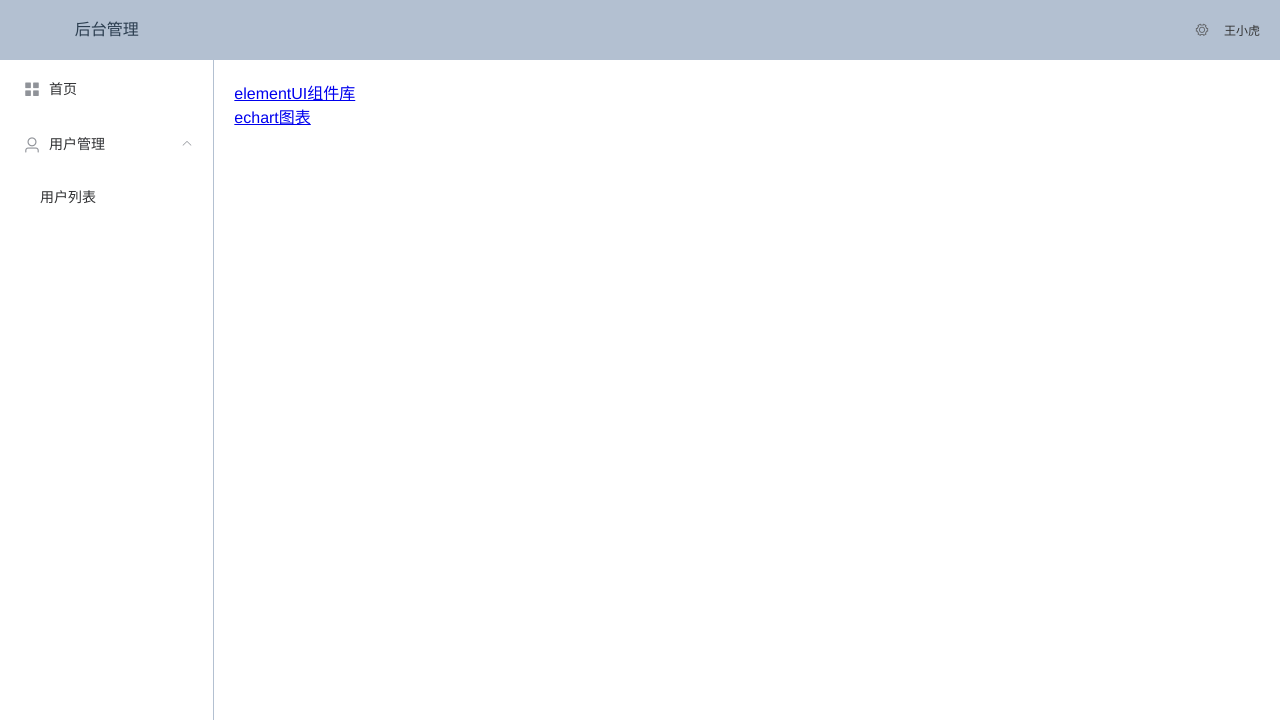
Repository: cmw520520/admin_vue
Page: /
These files come from the project's save history. The page is drawn as it stood at one moment and after the next save; the edit follows.
The browser window is 1280 px wide. The pictures show the whole page.
The project was rebuilt for these pictures with package versions that can differ from the ones it lists, and the page was loaded fresh each time. Also part of the build but not shown: src/page/user/UserList.vue, example/Echart.vue.

Above is the page before, as saved 2019-07-01 15:08:55.

### index.html
<!DOCTYPE html>
<html>
  <head>
    <meta charset="utf-8">
    <meta name="viewport" content="width=device-width,initial-scale=1.0">
    <title>cmw</title>
  </head>
  <body>
    <div id="app"></div>
    <!-- built files will be auto injected -->
  </body>
</html>

### src/App.vue
<template>
  <div id="app">
    <!-- <img src="./assets/logo.png"> -->
    <router-view/>
  </div>
</template>

<script>
export default {
  name: 'App'
}
</script>

<style>
#app {
  font-family: 'Avenir', Helvetica, Arial, sans-serif;
  -webkit-font-smoothing: antialiased;
  -moz-osx-font-smoothing: grayscale;
  text-align: center;
  color: #2c3e50;
  width: 100%;
  height: 100%;
  /* margin-top: 60px; */
}

body, html {
  margin: 0;
  padding: 0;
  height: 100%;
  width: 100%;
}
</style>

### src/router/index.js
import Vue from 'vue'
import Router from 'vue-router'
// import HelloWorld from '@/components/HelloWorld'
import Manage from '@/page/Manage'
import Home from '@/page/home/Home'
import UserList from '@/page/user/UserList'
import Echart from '../../example/Echart'

Vue.use(Router)

export default new Router({
  routes: [
    {
      path: '/',
      name: '',
      component: Manage,
      children: [
        {
          path: '',
          component: Home,
          meta: []
        },
        {
          path: '/user/userlist',
          component: UserList,
          meta: []
        },
        {
          path: '/example/echart',
          component: Echart,
          meta: ['图表']
        }
      ]
    }
  ]
})

### src/page/Manage.vue
<template>
  <el-container style="height: 100%;">
    <el-col :span="4" style="background-color: #ffffff;overflow:hidden;">
      <el-col>
        <div class="logo">后台管理</div>
      </el-col>
      <el-col>
        <el-slider></el-slider>
      </el-col>
    </el-col>

    <el-col :span="20" style="border-left: 1px solid #b3c0d1;overflow: auto;overflow-scrolling: touch;">
      <el-header style="text-align: right; font-size: 12px">
        <el-dropdown>
          <i class="el-icon-setting" style="margin-right: 15px"></i>
          <el-dropdown-menu slot="dropdown">
            <el-dropdown-item>查看</el-dropdown-item>
            <el-dropdown-item>新增</el-dropdown-item>
            <el-dropdown-item>删除</el-dropdown-item>
          </el-dropdown-menu>
        </el-dropdown>
        <span>王小虎</span>
      </el-header>

      <el-main>
        <transition name="fade" mode="out-in">
            <router-view></router-view>
        </transition>
      </el-main>
    </el-col>
  </el-container>
</template>

<script>
import slider from '@/components/Slider'

export default {
  name: 'manage',
  components: {
    'el-slider': slider
  }
}
</script>

<style scope>
.el-header {
  background-color: #b3c0d1;
  color: #333;
  line-height: 60px;
}

.el-aside {
  color: #333;
}

.fade-enter-active, .fade-leave-active {
    transition: opacity 0.5s, transform 0.5s;
}

.fade-enter, .fade-leave-to {
    opacity: 0;
}

/* 导航logo S */
.logo {
    height: 60px;
    line-height: 60px;
    background-color: #b3c0d1;
}
/* 导航logo E */
</style>

### src/page/home/Home.vue
<template>
    <el-row style="text-align: left;">
        <el-col>
            <a href="https://element.eleme.io/2.9/#/zh-CN/component/installation" target="_blank">elementUI组件库</a>
        </el-col>
        <el-col>
            <router-link to="/example/echart">echart图表</router-link>
        </el-col>
    </el-row>
</template>

<script>
export default {
  name: 'home'
}
</script>

<style scope>

</style>

### src/components/Slider.vue
<template>
  <el-menu :default-openeds="['1', '3']" style="border:none;text-align:left;" router>
    <label v-for="(item, index) in navMenu" :key="index">
      <el-menu-item v-if="item.isHeader" :index="item.component">
        <i :class=item.icon></i>
        <span slot="title">{{ item.name }}</span>
      </el-menu-item>

      <el-submenu v-else :index="String(index)">
        <template slot="title">
          <i :class=item.icon></i>{{ item.name }}
        </template>
        <el-menu-item v-for="(item2, index2) in item.children" :key="index2" :index="item2.component">{{ item2.name }}</el-menu-item>
      </el-submenu>
    </label>
  </el-menu>
</template>

<script>
export default {
  name: 'slider',
  data () {
    return {
      navMenu: [
        {
          isHeader: true,
          name: '首页',
          icon: 'el-icon-menu',
          component: '/'
        },
        {
          name: '用户管理',
          icon: 'el-icon-user',
          children: [
            {
              name: '用户列表',
              component: '/user/userlist'
            }
          ]
        }
      ]
    }
  }
}
</script>

<style>
</style>

Loaded but not shown: src/main.js (common file)

After the next save:
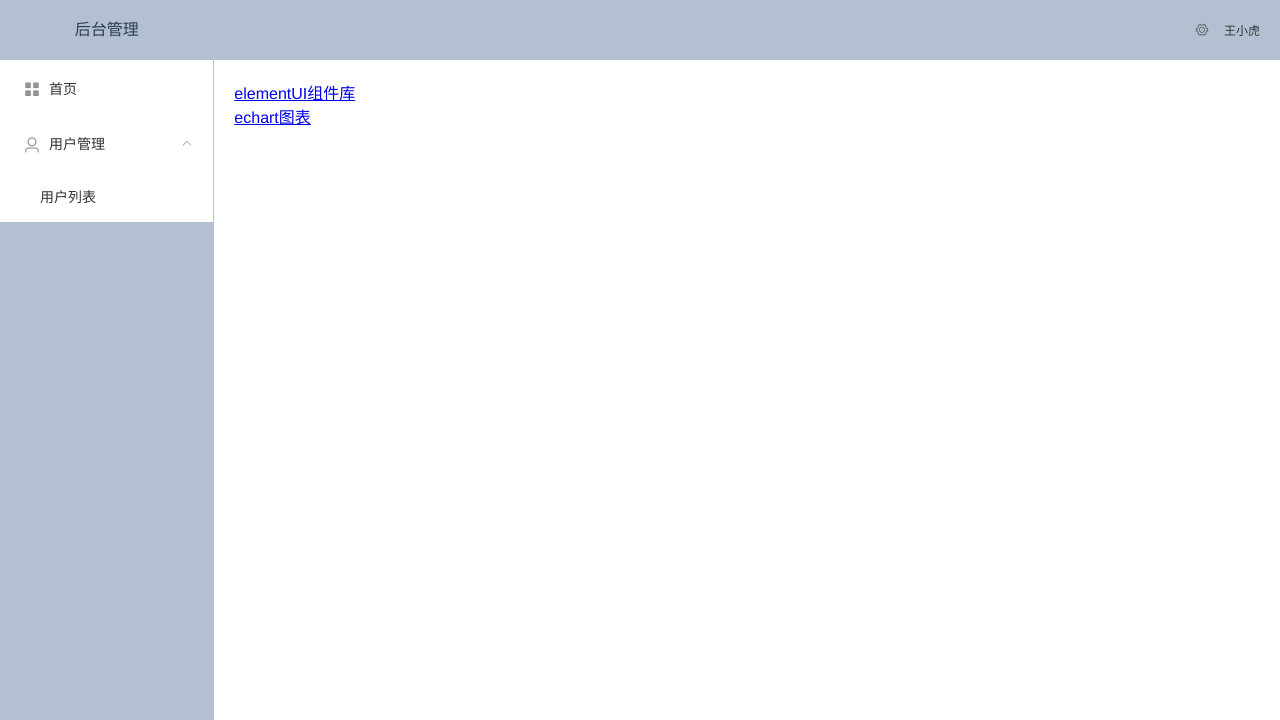
Saved 39 s later.
--- a/src/page/Manage.vue
+++ b/src/page/Manage.vue
@@ -1,6 +1,6 @@
 <template>
   <el-container style="height: 100%;">
-    <el-col :span="4" style="background-color: #ffffff;overflow:hidden;">
+    <el-col :span="4" style="background-color: #b3c0d1;overflow:hidden;">
       <el-col>
         <div class="logo">后台管理</div>
       </el-col>
@@ -65,7 +65,6 @@ export default {
 .logo {
     height: 60px;
     line-height: 60px;
-    background-color: #b3c0d1;
 }
 /* 导航logo E */
 </style>
